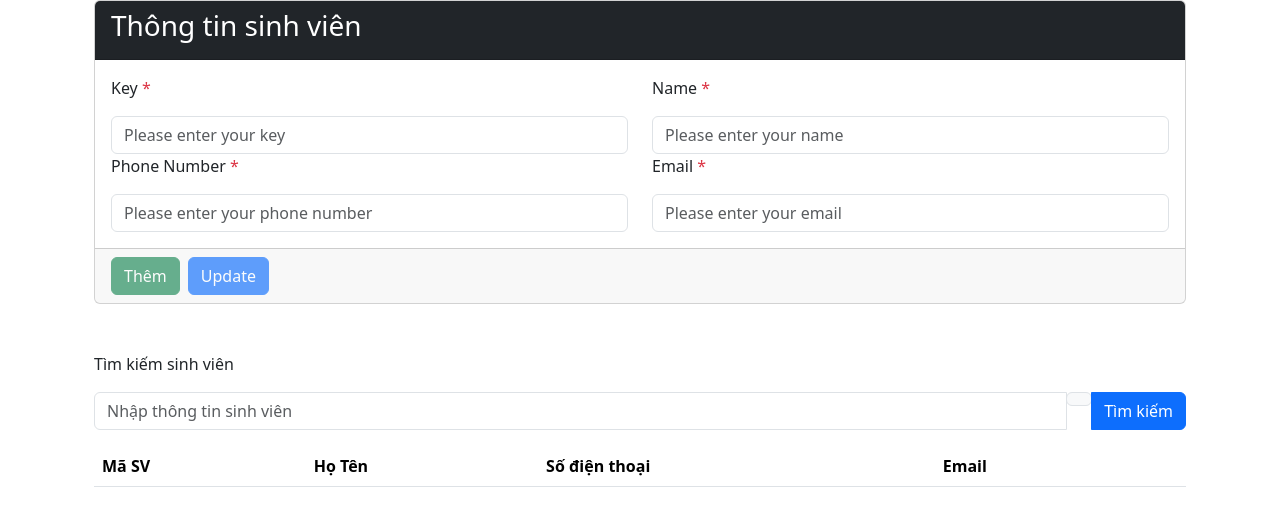
Repository: KhoiNguyen77/BT_REACT_FORM
Page: /
These files come from the project's save history. The page is drawn as it stood at one moment and after a run of saves; the edit follows.
The browser window is 1280 px wide. The pictures show the whole page.
The project was rebuilt for these pictures with package versions that can differ from the ones it lists, and the page was loaded fresh each time.

Above is the page before, as saved 2023-05-29 08:54:06.

### src/FormComponent/Form.jsx
import React, { Component } from 'react'
import InputField from './InputField'
import TableField from './TableField'

export default class Form extends Component {
    state = {
        students: [],
        student: {},
    }
    add = (student) => {
        const students = [...this.state.students];
        students.push(student);
        this.setState({
            students: students
        })
    }
    delete = (key) => {
        const students = [...this.state.students];
        const findIndex = students.findIndex(student => student.key == key)
        if (findIndex != -1) {
            students.splice(findIndex, 1)
        }
        this.setState({
            students: students
        })
    }
    edit = (key) => {
        const students = [...this.state.students];
        const student = students.find(student => student.key == key)
        if (student) {
            this.setState({
                student: student
            })
        }
        for (let key in student) {
            document.querySelector(`#${key}`).value = student[key]
            if (key == "key") {
                document.querySelector(`#${key}`).disabled = true;
            }
        }
    }

    update = updatedStudent => {
        const students = [...this.state.students];
        const student = students.find(student => student.key == updatedStudent.key)
        for (let key in student) {
            student[key] = updatedStudent[key];
        }
        this.setState({
            students: students
        })
    }
    render() {
        return (
            <div className='container'>
                <InputField add={this.add} students={this.state.students} student={this.state.student} update={this.update}></InputField>
                <TableField students={this.state.students} deleteStudent={this.delete} edit={this.edit}></TableField>
            </div>
        )
    }

    componentDidUpdate(prevProps, prevStates){
        if (prevStates.students != this.state.students) {
            console.log("!");
            return true;
        } return false
    }
}

### src/FormComponent/InputField.jsx
import React, { Component, PureComponent } from 'react'

export default class InputField extends PureComponent {
    constructor(props) {
        super(props);
        this.state = {
            values: {
                key: 0,
                name: "",
                phoneNumber: 0,
                email: ''
            },
            errors: {
                key: "*",
                name: "*",
                phoneNumber: "*",
                email: "*"
            },
            Disabled: true,
            disabledEdit: true,
        }
    }
    UNSAFE_componentWillReceiveProps(nextProps) {
        if (nextProps.student !== this.state.values) {
            this.setState({
                values: nextProps.student,
                errors: {
                    key: "",
                    name: "",
                    phoneNumber: "",
                    email: ""
                },
                disabledEdit: false
            })
        }
    }
    handleInput = e => {
        const { students } = this.props;
        const { id, value, } = e.target;
        const inputValues = { ...this.state.values }
        const errors = { ...this.state.errors }
        let message = ""
        inputValues[id] = value;
        let dataType = e.target.getAttribute("data-type");
        // eslint-disable-next-line default-case
        switch (dataType) {
            case "letter": {
                let regexLetter = /^[a-zA-Z]+$/;
                if (!regexLetter.test(value)) {
                    message = id + ' must be letters';
                }
                break;
            }
            case "number": {
                let min = JSON.parse(e.target.getAttribute("min-maxLength"))[0];
                let max = JSON.parse(e.target.getAttribute("min-maxLength"))[1];
                if (value.length < min || value.length > max) {
                    message = id + ` must be from ${min} to ${max} length`
                }
                break;
            }
            // eslint-disable-next-line no-fallthrough
            case "email": {
                var mailformat = /^(([^<>()\[\]\\.,;:\s@"]+(\.[^<>()\[\]\\.,;:\s@"]+)*)|(".+"))@((\ [[0-9]{1,3}\.[0-9]{1,3}\.[0-9]{1,3}\.[0-9]{1,3}\])|(([a-zA-Z\-0-9]+\.)+[a-zA-Z]{2,}))$/
                if (!mailformat.test(value)) {
                    message = id + ' must be in correct form'
                    break;
                }
            }
        }
        if (e.target.getAttribute("uniqe")) {
            if (students.find(student => student.key == value)) {
                message = id + " has exists!";
            }
        }
        if (value.trim() == "") {
            message = id + " can't be blank";
        }
        errors[id] = message
        let result = this.checkValidForm(errors);
        this.setState({
            values: inputValues,
            errors: errors,
            Disabled: result
        })

    }
    checkValidForm = (errors) => {
        let output = false;
        for (let key in errors) {
            if (errors[key] !== "") {
                output = true;
                break
            }
        }
        return output
    }
    handleSubmit = e => {
        e.preventDefault();
        document.querySelector("form.card").reset();
        this.setState({
            values: {
                key: 0,
                name: "",
                phoneNumber: 0,
                email: ''
            },
            errors: {
                key: "*",
                name: "*",
                phoneNumber: "*",
                email: "*"
            },
            Disabled: true
        })
        const { add } = this.props;
        add(this.state.values);
    }

    handleEdit = e => {
        e.preventDefault();
        document.querySelector("form.card").reset();
        this.setState({
            values: {
                key: 0,
                name: "",
                phoneNumber: 0,
                email: ''
            },
            errors: {
                key: "*",
                name: "*",
                phoneNumber: "*",
                email: "*"
            },
            Disabled: true
        })
        document.querySelector("#key").disabled = false
        const { update } = this.props;
        update(this.state.values);
    }
    render() {
        return (
            <div className='container mb-5'>
                <form className='card'>
                    <div className="card-header bg-dark">
                        <h3 className='text-white'>Thông tin sinh viên</h3>
                    </div>
                    <div className="card-body">
                        <div className="row">
                            <div className="col-6">
                                <p className='d-inline-block'>Key</p> <span className='text-danger'>{this.state.errors.key}</span>
                                <input type="number" id='key' uniqe="id" min-maxLength="[3,5]" data-type="number" className='form-control' onChange={this.handleInput} placeholder='Please enter your key' />
                            </div>
                            <div className="col-6">
                                <p className='d-inline-block' >Name</p> <span className='text-danger'>{this.state.errors.name}</span>
                                <input type="text" id='name' data-type="letter" className='form-control' onChange={this.handleInput} placeholder='Please enter your name' />
                            </div>
                        </div>
                        <div className="row">
                            <div className="col-6">
                                <p className='d-inline-block'>Phone Number</p> <span className='text-danger'>{this.state.errors.phoneNumber}</span>
                                <input type="number" id='phoneNumber' className='form-control' min-maxLength="[8,10]" data-type="number" onChange={this.handleInput} placeholder='Please enter your phone number' />
                            </div>
                            <div className="col-6">
                                <p className='d-inline-block'>Email</p> <span className='text-danger'>{this.state.errors.email}</span>
                                <input type="email" id='email' className='form-control' onChange={this.handleInput} data-type="email" placeholder='Please enter your email' />
                            </div>
                        </div>
                    </div>
                    <div className="card-footer">
                        <button type='submit' onClick={this.handleSubmit} className='btn btn-success' disabled={this.state.Disabled}>Thêm</button>
                        <button type='submit' className='btn btn-primary mx-2' disabled={this.state.disabledEdit} onClick={this.handleEdit} >Update</button>
                    </div>
                </form>
            </div>
        )
    }
}

### src/FormComponent/TableField.jsx
import React, { Component, useState } from 'react'

export default class TableField extends Component {
    handleSearch = () => {
        let keyword = document.querySelector("#btnSearch").value.trim();
        let result = [];
        const { students } = this.props;
        let cloneStudents = [...students];
        cloneStudents.filter(student => {
            if (student.id == keyword || student.name == keyword || student.phoneNumber == keyword || student.email == keyword) {
                result.push(student)
            }
            return result
        })
        console.log(result);
    }
    render() {
        const { students, deleteStudent, edit } = this.props;
        return (
            <div className='container'>
                <div class="row mb-3">
                    <div class="col">
                        <p>Tìm kiếm sinh viên</p>
                        <div class="input-group">

                            <input type="text" class="form-control" placeholder="Nhập thông tin sinh viên" id="searchName" />
                            <div class="input-group-prepend">
                                <span class="input-group-text" id="btnSearch"><i class="fa fa-search"></i></span>
                            </div>
                            <button className='btn btn-primary' onClick={this.handleSearch}>Tìm kiếm</button>
                        </div>
                    </div>
                </div>
                <table className='table'>
                    <thead>
                        <tr>
                            <th>Mã SV</th>
                            <th>Họ Tên</th>
                            <th>Số điện thoại</th>
                            <th>Email</th>
                            <th></th>
                        </tr>
                    </thead>
                    <tbody>
                        {students.map(student => {
                            return <tr>
                                <td>{student.key}</td>
                                <td>{student.name}</td>
                                <td>{student.phoneNumber}</td>
                                <td>{student.email}</td>
                                <td>
                                    <button className='btn btn-primary mx-3' onClick={() => {
                                        edit(student.key)
                                    }}>Edit</button>
                                    <button className='btn btn-danger' onClick={() => {
                                        deleteStudent(student.key)
                                    }}>Delete</button>
                                </td>
                            </tr>
                        })}
                    </tbody>
                </table>
            </div>
        )
    }
}

Loaded but not shown: public/index.html (common file); src/index.js (common file)

After the next 2 saves:
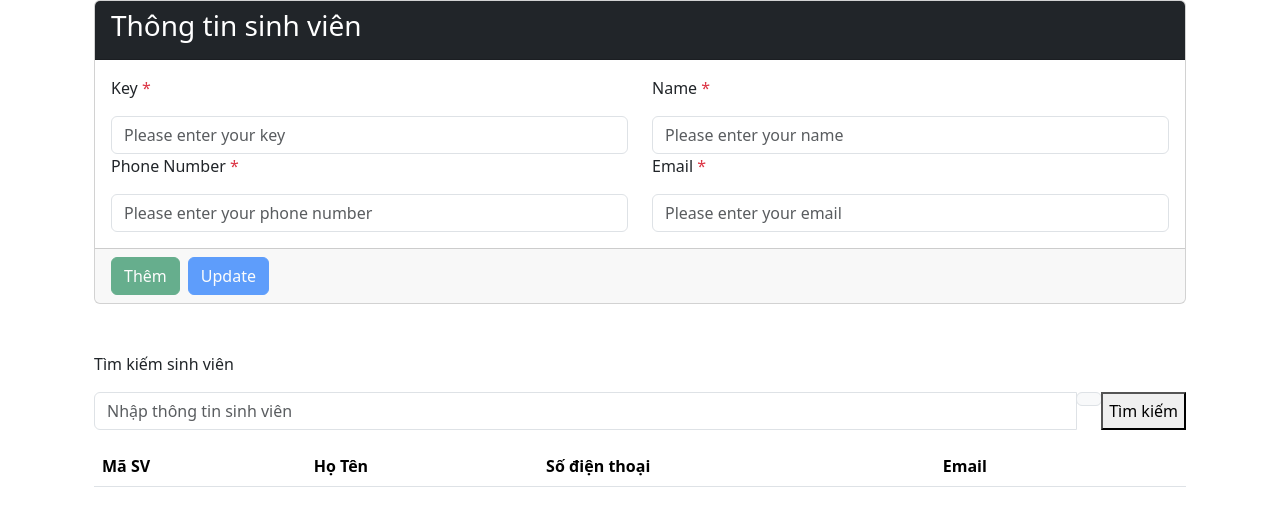
The 2 saves are shown as one change because they came seconds apart.
The last was saved 20 s later.
--- a/src/FormComponent/TableField.jsx
+++ b/src/FormComponent/TableField.jsx
@@ -20,15 +20,17 @@
             <div className='container'>
                 <div class="row mb-3">
                     <div class="col">
-                        <p>Tìm kiếm sinh viên</p>
-                        <div class="input-group">
+                        <div>
+                            <p>Tìm kiếm sinh viên</p>
+                            <div className="input-group">
+                                <input type="text" className="form-control" placeholder="Nhập thông tin sinh viên" id="searchName" />
+                                <div className="input-group-prepend">
+                                    <span className="input-group-text" id="btnSearch"><i className="fa fa-search" /></span>
+                                </div>
+                                <button classname="btn btn-primary" onclick="{this.handleSearch}">Tìm kiếm</button>
+                            </div>
+                        </div>
 
-                            <input type="text" class="form-control" placeholder="Nhập thông tin sinh viên" id="searchName" />
-                            <div class="input-group-prepend">
-                                <span class="input-group-text" id="btnSearch"><i class="fa fa-search"></i></span>
-                            </div>
-                            <button className='btn btn-primary' onClick={this.handleSearch}>Tìm kiếm</button>
-                        </div>
                     </div>
                 </div>
                 <table className='table'>

After the 2 saves that followed:
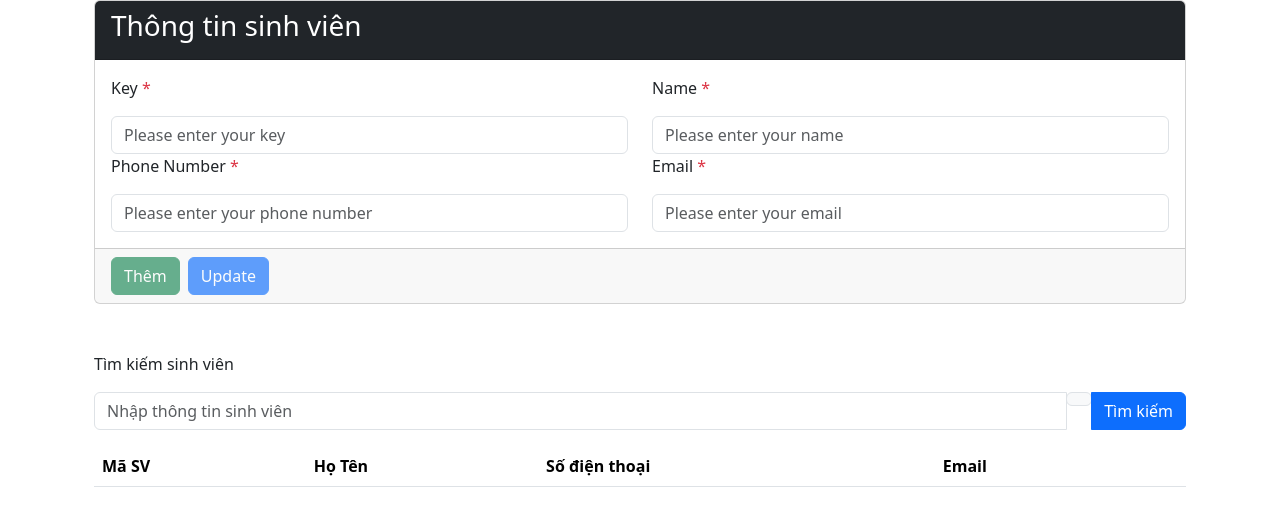
The 2 saves are shown as one change because 1 left the picture as it was.
The last was saved 41 s later.
--- a/src/FormComponent/TableField.jsx
+++ b/src/FormComponent/TableField.jsx
@@ -27,7 +27,7 @@
                                 <div className="input-group-prepend">
                                     <span className="input-group-text" id="btnSearch"><i className="fa fa-search" /></span>
                                 </div>
-                                <button classname="btn btn-primary" onclick="{this.handleSearch}">Tìm kiếm</button>
+                                <button className="btn btn-primary" onClick={this.handleSearch}>Tìm kiếm</button>
                             </div>
                         </div>
 
